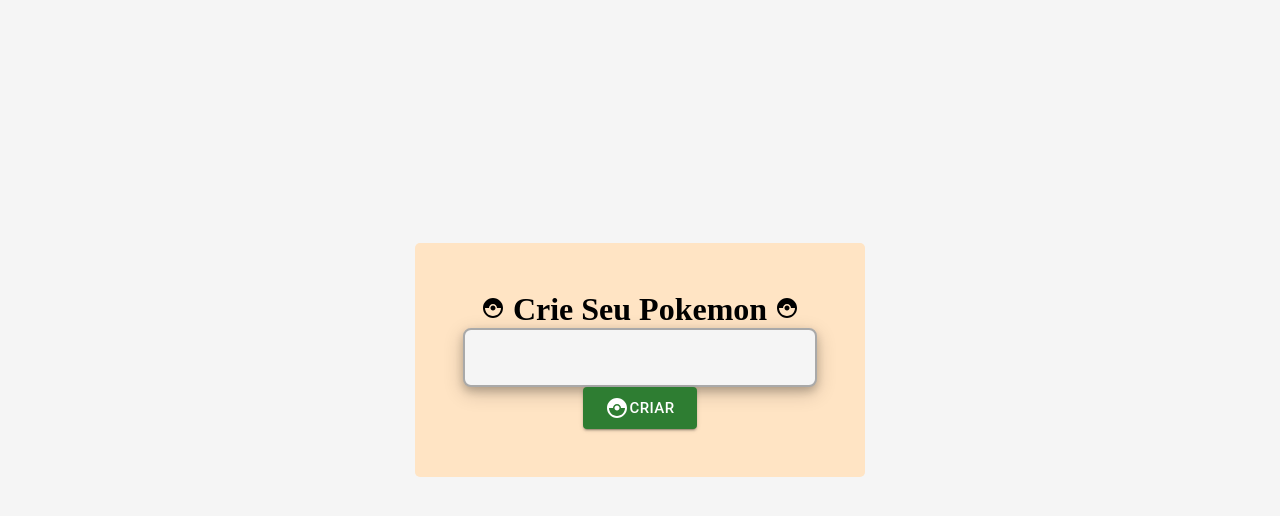
Repository: MilenaMartini/pokedex_react_js
Page: /pokedex/new
An editor plug-in stored every save of this project. The page is shown before and after the next save, followed by the edit.
The browser window is 1280 px wide. The pictures show the whole page.
The page's requests for data from a server got no answer. The project was rebuilt for these pictures with package versions that can differ from the ones it lists, and the page was loaded fresh each time. No one was signed in, and anything a server would have sent is missing. Also part of the build but not shown: src/pages/Login/Styles_Login.js, src/Components/Navbar/Navbar.jsx, src/Components/PokemonCard/Pk_Card.jsx, src/Components/Skeletons/Skeletons.jsx, src/pages/Pg_Pokedex/Pg_Poke.js, src/styles/styles.css, src/Components/Button/Styles_Btn_Login.js, src/Components/Button/Btn_Login.js and 1 more.

Above is the page before, as saved 2023-02-04 11:27:36.

### src/index.js
import React from 'react'
import ReactDOM from 'react-dom/client'
import GlobalStyle from './Styles/Global'
import Routering from './Components/Routes/routes'
import { RecoilRoot } from 'recoil';


const root = ReactDOM.createRoot(document.getElementById('root'));
root.render(
  <React.StrictMode>
    <RecoilRoot>
    <GlobalStyle/>
    <Routering/>
    </RecoilRoot>
  </React.StrictMode>

);

### src/styles/global.js
import { createGlobalStyle } from "styled-components";

const GlobalStyle = createGlobalStyle`

*{
  margin: 0;
  padding: 0;
  box-sizing: border-box;
}

body{
  width: 100vw;
  height: 100vh;
  background-color: #f0f2f5;//fica de olho : ou > possivel erro?
  font-family: poppins

}
`
export default GlobalStyle;

//  box-sizing: border-box; serve para não ter que se preocupa com height e widht, independente do padding ou margin.

### src/Components/Routes/routes.js
import React from "react";
import Login from "../../pages/Login/Pg_Login"
import Poke from "../../pages/Pg_Pokedex/Pg_Poke"
import NewPk from "../../pages/edit_pk/Novo_Pokemon"

import { BrowserRouter as Router, Routes, Route } from "react-router-dom"

const Routering = () => {
  return (
    <Router>
      <Routes>
        <Route path="/" element={<Login/>} />
        <Route path="/pokedex" element={<Poke/>} />
        <Route path="/pokedex/new" element={<NewPk/>} />
        {/* <Route path="/pokedex/:id" element={<NewPk/>} /> */}
      </Routes>
    </Router>
   );
}

export default Routering ;

### src/pages/edit_pk/Novo_Pokemon.js
import {Container,Form} from '../edit_pk/Novo_PkStyles'
import Input from '../../Components/Input/Input'
import { useParams } from 'react-router-dom'
import { useState, useEffect } from 'react'
import Button from '@mui/material/Button';
import CatchingPk from '@mui/icons-material/CatchingPokemon';
function Novo_Pokemon() {
    const {id} = useParams()

     const pk = async (event) => {
      try {
         window.close('pokedex/new', '_self')
         }
       catch(err){
         alert('Algo deu errado :c' + err)
       }
      }

    const [newPk, setNewPk] = useState([])

    useEffect(() => {
      fetch('http://localhost:3000/pokedex/new', {
        method: 'GET',
        headers: {
          'Content-Type': 'application/json',
        },
      }).then(resp => resp.json())
      .then((data) => {
        setNewPk(data)
      })
      .catch(err => console.log)
    }, [id])

  return(
    <Container>
      <Form>

        <h1><CatchingPk/> Crie Seu Pokemon <CatchingPk/> </h1>
        <Input
          name='Nome'
         placeholder='Digite o nome do Pokemon'
         //  componente personalizado
        />

       <Button size="large"  variant="contained" color="success" onClick={pk}>
       <CatchingPk /> Criar</Button>
      </Form>
    </Container>
)}

export default Novo_Pokemon

### src/Components/Input/Input.js
import React from 'react'
import { InputCustomzado } from './Styles_Input'


const Input = () => {
  return (
    <InputCustomzado/>
  );
}

export default Input;

### src/pages/edit_pk/Novo_PkStyles.js
import styled from 'styled-components'


export const Container = styled.div`
  display: flex;
  justify-content: center;
  align-items: center;
  height: 100vh;
  min-width: 100vw;
  background-color: whitesmoke
`

export const Form = styled.div`
display: flex;
  padding: 3rem;
  flex-direction: column;
  align-items: center;
  justify-content: center;
  background-color: bisque;
  border-radius: 5px;
  width: 100%;
  max-width: 450px;
  gap: 30px 0px

h1 {
  color: #2c2c2c;
  font-size: 29px;
  font-weight: bold;
}

a {
  color: #2c2c2c;
  font-size: 15px;
  font-weight: bold;
}

p {
  color: gray;
  font-size: 15px;
  font-weight: bold;
}

`

### src/Components/Input/Styles_Input.js
import styled from 'styled-components'


export const InputCustomzado = styled.input`
  color: black;
  font-size: 20px;
  background-color: whitesmoke;
  border: 2px solid darkgray;
  border-radius: 8px;
  box-shadow: 0 4px 8px 0 rgba(0, 0, 0, 0.2), 0 6px 20px 0 rgba(0, 0, 0, 0.19);
  padding: 16px 20px;
  width: 100%;

    input::placehalder {
      color: #FFF;
      font-size: 12px;
      opacity: 0.7;
    }
`

Loaded but not shown: public/index.html (common file)

After the next save:
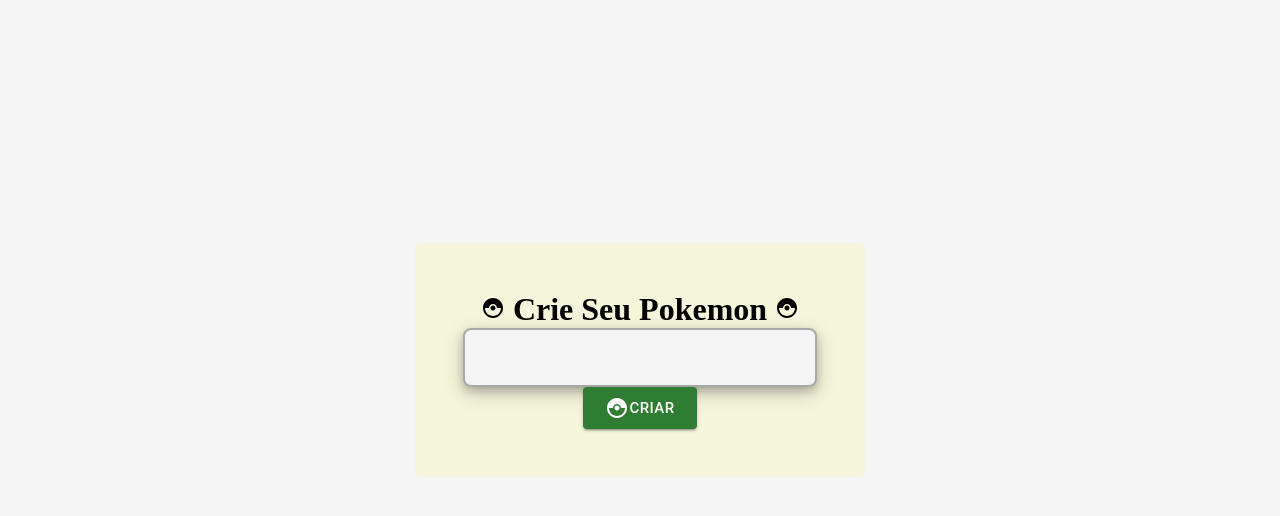
Saved 8 s later.
--- a/src/pages/edit_pk/Novo_PkStyles.js
+++ b/src/pages/edit_pk/Novo_PkStyles.js
@@ -16,7 +16,7 @@
   flex-direction: column;
   align-items: center;
   justify-content: center;
-  background-color: bisque;
+  background-color: beige;
   border-radius: 5px;
   width: 100%;
   max-width: 450px;
